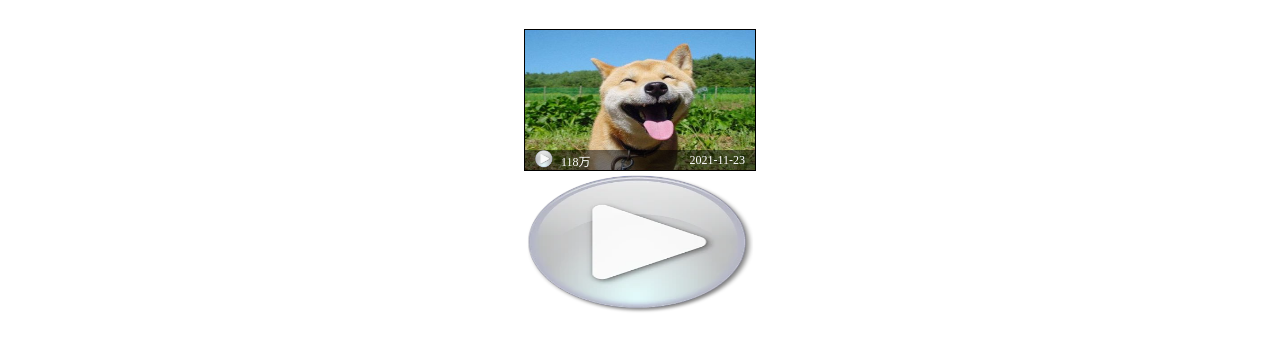
Repository: taoxiaofeng/hello-javascript
Page: master-class/position.html
An editor plug-in stored every save of this project. The page is shown before and after the next save, followed by the edit.
The browser window is 1280 px wide. The pictures show the whole page.

Above is the page before, as saved 2024-07-29 23:00:17.

### master-class/position.html
<!DOCTYPE html>
<html lang="en">

<head>
  <meta charset="UTF-8">
  <meta name="viewport" content="width=device-width, initial-scale=1.0">
  <title>css定位</title>
  <style>
    * {
      margin: 0;
      padding: 0;
      box-sizing: border-box;
    }

    /* .bg {
      width: 100%;
      height: 100dvh;
    }

    .modal {
      width: 100%;
      height: 100%;
      position: fixed;
      top: 0;
      right: 0;
      bottom: 0;
      left: 0;
      background: rgba(0, 0, 0, 0.5);
      z-index: 5;
    }

    .dog {
      width: 200px;
      height: 200px;
      position: absolute;
      left: 50%;
      top: 50%;
      margin-left: -100px;
      margin-top: -100px;
    }

    .cat {
      width: 200px;
      height: 200px;
      position: fixed;
      top: 50%;
      right: 0;
      margin-top: -100px;
      background: url('./images/cat.jpg') no-repeat;
      padding-top: 50px;
      text-align: center;
    }

   .cat .qrcode {
    width: 100px;
    height: 100px;
  } */

    .item {
      outline: 1px solid #000;
      width: 230px;
      height: 140px;
      margin: 30px auto;
      position: relative;
    }

    .item img {
      width: 230px;
      height: 140px;
    }

    .aside {
      width: 100%;
      height: 20px;
      font-size: 12px;
      position: absolute;
      right: 0;
      bottom: 0;
      left: 0;
      background: rgba(0, 0, 0, 0.5);
      color: #fff;
      padding: 0 10px;
      line-height: 20px;
    }

    .aside .number .icon {
      display: inline-block;
      width: 18px;
      height: 18px;
      background: url('./images/play.webp') no-repeat;
      background-size: 100%;
      margin-right: 5px;
    }

    .aside .number {
      float: left;
    }

    .aside .date {
      float: right;
    }

    .number::before {
      content: '';
      display: inline-block;
      width: 18px;
      height: 18px;
      background: url('./images/play.webp') no-repeat;
      background-size: 100%;
      margin-right: 5px;
      vertical-align: -2px;
    }
  </style>
</head>

<body>

  <!-- <img class="bg" src="./images/bg.jpg" alt="">
  <div class="modal">
    <img class="dog" src="./images/dog.jpg" alt="">
  </div>

  <div class="cat">
    <img class="qrcode" src="./images/qr-code.webp" alt="">
  </div> -->

  <div class="item">
    <a href="">
      <img src="./images/dog.jpg" alt="">
    </a>
    <div class="aside">
      <div class="number">
        <!-- <span class="icon"></span>
        <span>118万</span> -->
        118万
      </div>
      <div class="date">2021-11-23</div>
    </div>
    <div class="modal">
      <a href="" class="play">
        <img src="./images/play.webp" alt="">
      </a>
    </div>
  </div>
</body>

</html>

After the next save:
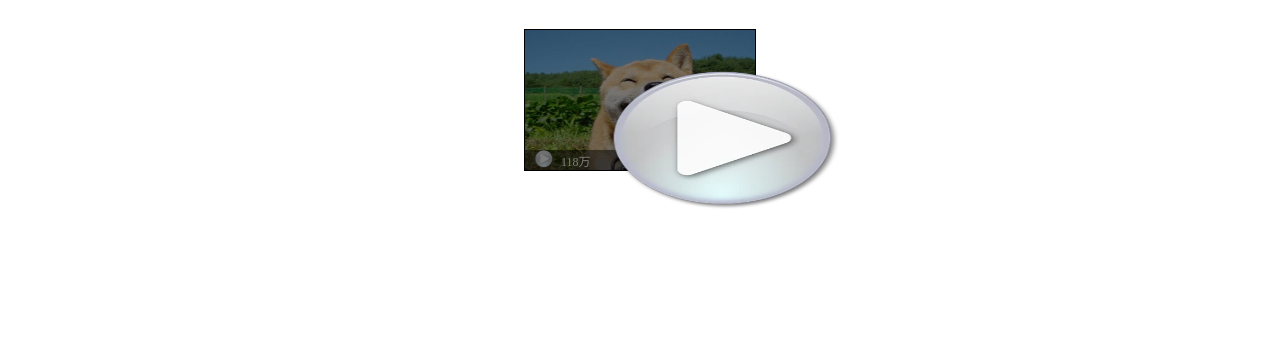
Saved 67 s later.
--- a/master-class/position.html
+++ b/master-class/position.html
@@ -110,6 +110,23 @@
       margin-right: 5px;
       vertical-align: -2px;
     }
+
+    .modal {
+      position: absolute;
+      top: 0;
+      left: 0;
+      width: 100%;
+      height: 100%;
+      background: rgba(0, 0, 0, 0.5);
+    }
+
+    .modal .play {
+      position: absolute;
+      top: 50%;
+      left: 50%;
+      margin-left: -30px;
+      margin-top: -30px;
+    }
   </style>
 </head>
 
